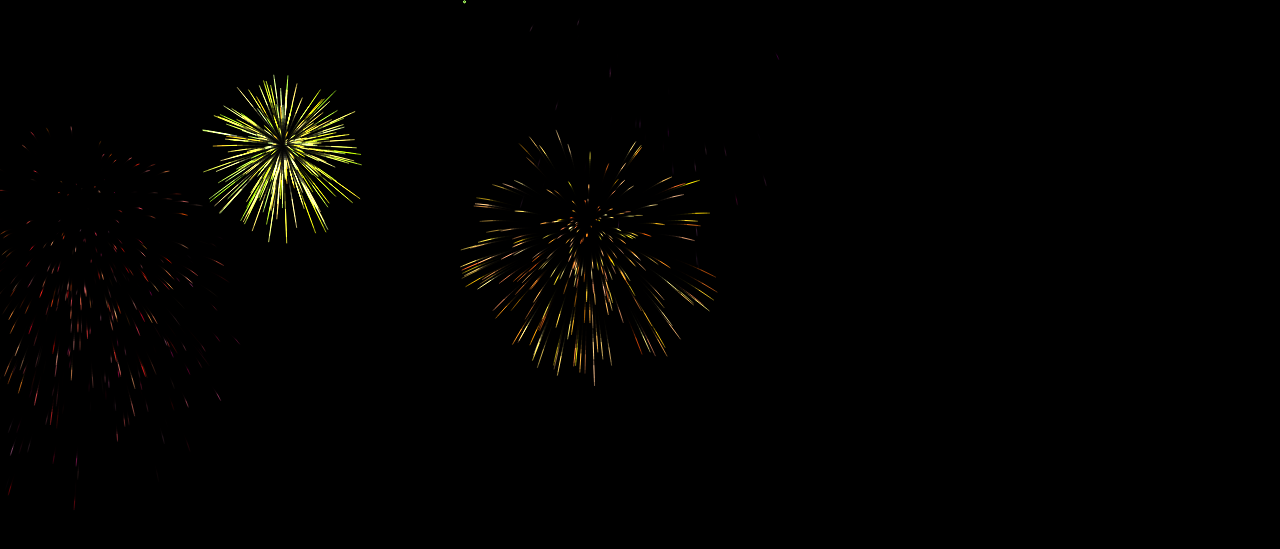
Repository: thinhnguyen3010/new-year1
Page: dist/index.html
An editor plug-in stored every save of this project. The page is shown before and after the next save, followed by the edit.
The browser window is 1280 px wide. The pictures show the whole page.

Above is the page before, as saved 2023-01-19 09:52:03.

### dist/index.html
<!DOCTYPE html>
<html lang="en">
  <head>
    <meta charset="UTF-8" />
    <title>CodePen - Fire Work</title>
    <link rel="stylesheet" href="./style.css" />
  </head>
  <body>
    <!-- partial:index.partial.html -->
    <!-- <br />Happy women's day</br>
<span><img src="https://previews.123rf.com/images/fffranz/fffranz1408/fffranz140800019/30508495-silhouette-of-woman-with-paint-splashes-jumping-for-joy.jpg" style="width:200px;"></span> -->

    <canvas id="canvas"></canvas>
    <!-- partial -->
    <script src="./script.js"></script>
  </body>
</html>

### dist/style.css
body {
  background-color: black;
  text-align: center;
  font-size: 40px;
  color: yellow;
  font-size:100px;
  font-weight: bold;
}

span{font-size:80px;color:#f00;}

canvas {
  width: 100vw;
  height: 100vh;
  position: absolute;
  top: 0;
  left: 0;
}

### dist/script.js
window.requestAnimFrame = (function() {
	return window.requestAnimationFrame ||
				window.webkitRequestAnimationFrame ||
				window.mozRequestAnimationFrame ||
				function(callback) {
					window.setTimeout( callback, 1000 / 60 );
				};
})();

var canvas = document.getElementById('canvas'),
		ctx = canvas.getContext('2d'),
		cw = window.innerWidth,
		ch = window.innerHeight,
		fireworks = [],
		particles = [],
		hue = 120,
		limiterTotal = 50,
		limiterTick = 0,
		timerTotal = 11,
		timerTick = 0,
		mousedown = false,
		mx,
		my;

canvas.width = cw;
canvas.height = ch;

function random( min, max ) {
	return Math.random() * ( max - min ) + min;
}

function calculateDistance( p1x, p1y, p2x, p2y ) {
	var xDistance = p1x - p2x,
			yDistance = p1y - p2y;
	return Math.sqrt( Math.pow( xDistance, 2 ) + Math.pow( yDistance, 2 ) );
}

function Firework( sx, sy, tx, ty ) {
	this.x = sx;
	this.y = sy;
	this.sx = sx;
	this.sy = sy;
	this.tx = tx;
	this.ty = ty;
	this.distanceToTarget = calculateDistance( sx, sy, tx, ty );
	this.distanceTraveled = 0;
	this.coordinates = [];
	this.coordinateCount = 2;
	while( this.coordinateCount-- ) {
		this.coordinates.push( [ this.x, this.y ] );
	}
	this.angle = Math.atan2( ty - sy, tx - sx );
	this.speed = 5;
	this.acceleration = 500;
	this.brightness = random( 50, 70 );
	this.targetRadius = 1;
}

Firework.prototype.update = function( index ) {
	this.coordinates.pop();
	this.coordinates.unshift( [ this.x, this.y ] );

	if( this.targetRadius < 8 ) {
		this.targetRadius += 0.3;
	} else {
		this.targetRadius = 1;
	}

	this.speed *= this.acceleration;

	var vx = Math.cos( this.angle ) * this.speed,
			vy = Math.sin( this.angle ) * this.speed;
	this.distanceTraveled = calculateDistance( this.sx, this.sy, this.x + vx, this.y + vy );

	if( this.distanceTraveled >= this.distanceToTarget ) {
		createParticles( this.tx, this.ty );
		fireworks.splice( index, 1 );
	} else {
		this.x += vx;
		this.y += vy;
	}
}

Firework.prototype.draw = function() {
	ctx.beginPath();
	ctx.moveTo( this.coordinates[ this.coordinates.length - 1][ 0 ], this.coordinates[ this.coordinates.length - 1][ 1 ] );
	ctx.lineTo( this.x, this.y );
	ctx.strokeStyle = 'hsl(' + hue + ', 100%, ' + this.brightness + '%)';
	ctx.stroke();

	ctx.beginPath();
	ctx.arc( this.tx, this.ty, this.targetRadius, 0, Math.PI * 2 );
	ctx.stroke();
}

function Particle( x, y ) {
	this.x = x;
	this.y = y;
	this.coordinates = [];
	this.coordinateCount = 5;
	while( this.coordinateCount-- ) {
		this.coordinates.push( [ this.x, this.y ] );
	}
	this.angle = random( 0, Math.PI * 2 );
	this.speed = random( 1, 10 );
	this.friction = 0.95;
	this.gravity = 1;
	this.hue = random( hue - 20, hue + 20 );
	this.brightness = random( 50, 80 );
	this.alpha = 1;
	this.decay = random( 0.015, 0.03 );
}

Particle.prototype.update = function( index ) {
	this.coordinates.pop();
	this.coordinates.unshift( [ this.x, this.y ] );
	this.speed *= this.friction;
	this.x += Math.cos( this.angle ) * this.speed;
	this.y += Math.sin( this.angle ) * this.speed + this.gravity;
	this.alpha -= this.decay;

	if( this.alpha <= this.decay ) {
		particles.splice( index, 1 );
	}
}

Particle.prototype.draw = function() {
	ctx. beginPath();
	ctx.moveTo( this.coordinates[ this.coordinates.length - 1 ][ 0 ], this.coordinates[ this.coordinates.length - 1 ][ 1 ] );
	ctx.lineTo( this.x, this.y );
	ctx.strokeStyle = 'hsla(' + this.hue + ', 100%, ' + this.brightness + '%, ' + this.alpha + ')';
	ctx.stroke();
}

function createParticles( x, y ) {
	var particleCount = 230;
	while( particleCount-- ) {
		particles.push( new Particle( x, y ) );
	}
}

function loop() {
	requestAnimFrame( loop );
	hue += 2.3;


	ctx.globalCompositeOperation = 'destination-out';
	ctx.fillStyle = 'rgba(0, 0, 0, 0.5)';
	ctx.fillRect( 0, 0, cw, ch );
	ctx.globalCompositeOperation = 'lighter';

	var i = fireworks.length;
	while( i-- ) {
		fireworks[ i ].draw();
		fireworks[ i ].update( i );
	}

	var i = particles.length;
	while( i-- ) {
		particles[ i ].draw();
		particles[ i ].update( i );
	}

	if( timerTick >= timerTotal ) {
		if( !mousedown ) {
			fireworks.push( new Firework( cw / 2, ch, random( 0, cw ), random( 0, ch / 2 ) ) );
			timerTick = 0;
		}
	} else {
		timerTick++;
	}

	if( limiterTick >= limiterTotal ) {
		if( mousedown ) {
			fireworks.push( new Firework( cw / 500, ch, mx, my ) );
			limiterTick = 0;
		}
	} else {
		limiterTick++;
	}
}

canvas.addEventListener( 'mousemove', function(e) {
	mx = e.pageX - canvas.offsetLeft;
	my = e.pageY - canvas.offsetTop;
});

canvas.addEventListener( 'mousedown', function(e) {
	e.preventDefault();
	mousedown = true;
});

canvas.addEventListener( 'mouseup', function( e ) {
	e.preventDefault();
	mousedown = false;
});

window.onload = loop;

After the next save:
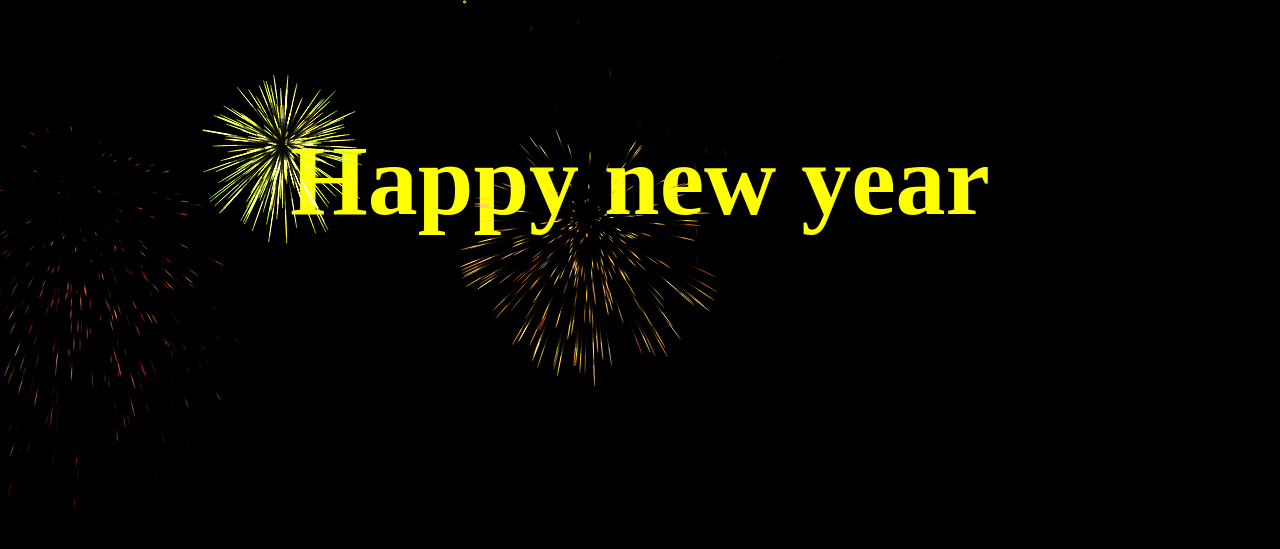
Saved 55 s later.
--- a/dist/index.html
+++ b/dist/index.html
@@ -1,17 +1,19 @@
 <!DOCTYPE html>
-<html lang="en">
-  <head>
-    <meta charset="UTF-8" />
-    <title>CodePen - Fire Work</title>
-    <link rel="stylesheet" href="./style.css" />
-  </head>
-  <body>
-    <!-- partial:index.partial.html -->
-    <!-- <br />Happy women's day</br>
-<span><img src="https://previews.123rf.com/images/fffranz/fffranz1408/fffranz140800019/30508495-silhouette-of-woman-with-paint-splashes-jumping-for-joy.jpg" style="width:200px;"></span> -->
+<html lang="en" >
+<head>
+  <meta charset="UTF-8">
+  <title>CodePen - Fire Work</title>
+  <link rel="stylesheet" href="./style.css">
 
-    <canvas id="canvas"></canvas>
-    <!-- partial -->
-    <script src="./script.js"></script>
-  </body>
+</head>
+<body>
+<!-- partial:index.partial.html -->
+<br />Happy new year</br>
+<!-- <span><img src="https://previews.123rf.com/images/fffranz/fffranz1408/fffranz140800019/30508495-silhouette-of-woman-with-paint-splashes-jumping-for-joy.jpg" style="width:200px;"></span> -->
+
+<canvas id="canvas"></canvas>
+<!-- partial -->
+  <script  src="./script.js"></script>
+
+</body>
 </html>
